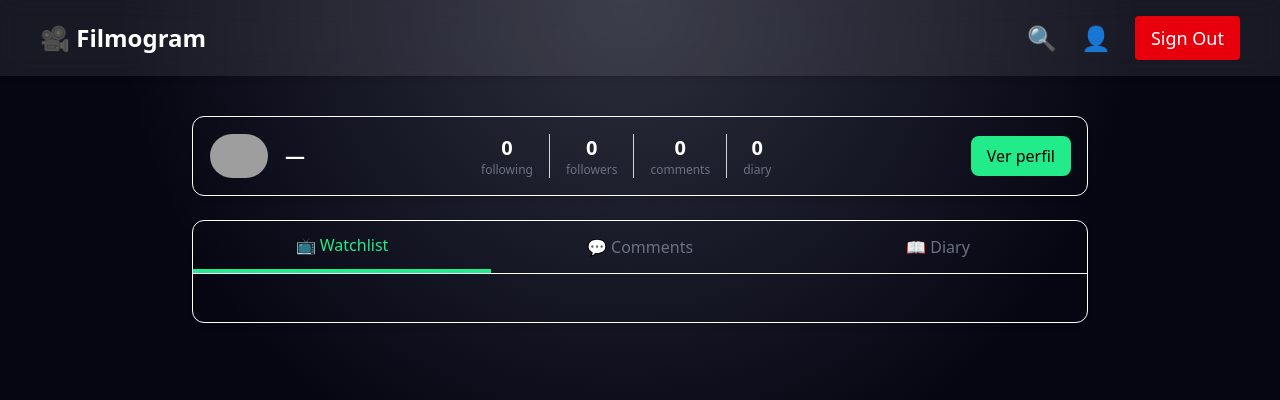
Repository: Leoonard1507/proyecto-final
Page: /client-profile
The author's editor kept a copy of each file at every save. The page is drawn from the files as they stood at one save, then again after the next save.
The browser window is 1280 px wide. The pictures show the whole page.
Pictures or frames that could not be fetched are drawn as grey boxes. The page's requests for data from a server got no answer. The project was rebuilt for these pictures with package versions that can differ from the ones it lists, and the page was loaded fresh each time. The framework's server and built-in components were replaced by stand-ins that run in the browser. No one was signed in, and anything a server would have sent is missing. Also part of the build but not shown: next.config.ts, src/app/components/profileSections/userWatchlist.tsx, src/app/components/profileSections/userComments.tsx, src/app/components/profileSections/userDiary.tsx, src/libs/axios.ts, src/app/components/profileSections/searchFavsEdit.tsx, src/app/components/profileSections/addFavoritesModal.tsx, src/app/components/profileSections/FavMoviesList.tsx.

Above is the page before, as saved 2025-05-26 13:57:42.

After the next save:
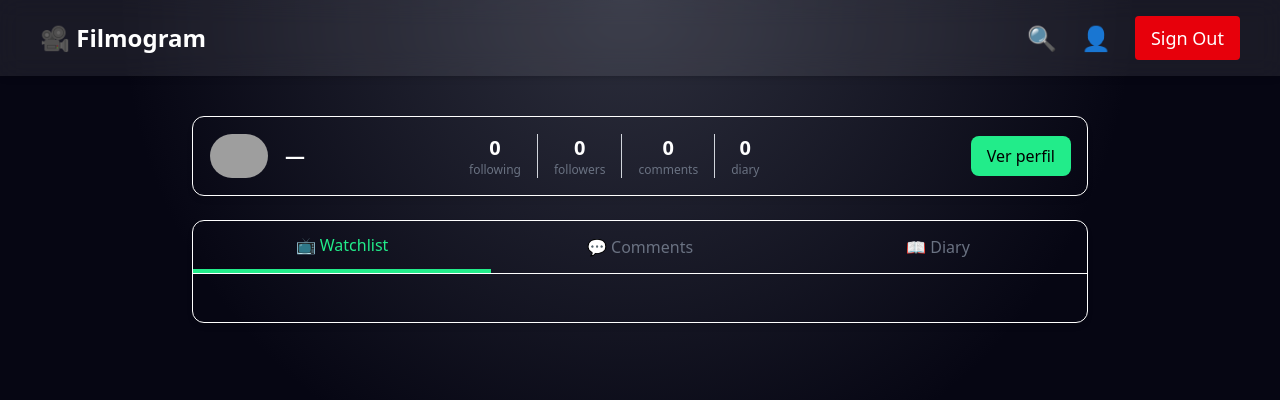
Saved 7 s later.
--- a/src/app/client-profile/page.tsx
+++ b/src/app/client-profile/page.tsx
@@ -180,7 +180,7 @@ export default function ProfilePage() {
               className="rounded-full border"
             />
             <span className="text-xl font-semibold">{nickname || "—"}</span>
-            <div className="flex flex-col ml-40 items-center border-r border-gray-300 pr-4">
+            <div className="flex flex-col ml-37 items-center border-r border-gray-300 pr-4">
               <span className="text-base font-semibold text-xl">
                 {followingCount !== null ? followingCount : "0"}
               </span>
